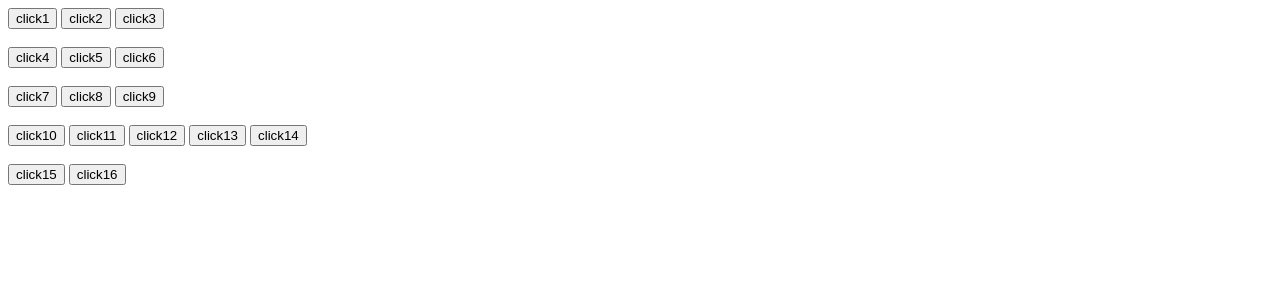
Repository: mirror-neuron/JsonStudy
Page: JsonApp01/WebContent/JsonTest10.html
An editor plug-in stored every save of this project. The page is shown before and after the next save, followed by the edit.
The browser window is 1280 px wide. The pictures show the whole page.

Above is the page before, as saved 2019-05-31 07:04:32.

### JsonApp01/WebContent/JsonTest10.html
<script type="text/javascript">

	/* 배열[]은 객체다 */
	var obj6 =
	[
		"test"
	]

	var obj6_1 =
	[
		"test1", "test2"
	]

	var obj6_2 =
	[
		"test1", "test2", 123, 123+1/* → 124(요소 자체가 숫자타입으로 취급됨) */
	]

	<!-- 자바스크립트 쪽에서 운영되는 데이터는 숫자형이든 문자형이든 시각적으로 똑같이 확인됨  -->

</script>

<form>

	<input type="button" value="click1" onclick="alert(obj6)"/>
	<!-- test -->
	<input type="button" value="click2" onclick="alert(obj6_1)"/>
	<!-- test1, test2 -->
	<input type="button" value="click3" onclick="alert(obj6_2)"/>
	<!-- test1, test2, 123, 124 -->
	<br><br>

	<input type="button" value="click4" onclick="alert(typeof obj6)"/>
	<!-- object -->
	<input type="button" value="click5" onclick="alert(typeof obj6_1)"/>
	<!-- object -->
	<input type="button" value="click6" onclick="alert(typeof obj6_2)"/>
	<!-- object -->

	<br><br>

	<input type="button" value="click7" onclick="alert(obj6[0])"/>
	<!-- test -->
	<input type="button" value="click8" onclick="alert(typeof obj6[0])"/>
	<!-- string -->
	<input type="button" value="click9" onclick="alert(typeof obj6[1])"/>
	<!-- undefined -->

	<br><br>

	<input type="button" value="click10" onclick="alert(obj6_1[0])" />
	<!-- test1 -->
	<input type="button" value="click11" onclick="alert(obj6_1[1])" />
	<!-- test2 -->
	<input type="button" value="click12" onclick="alert(typeof obj6_1[0])" />
	<!-- string -->
	<input type="button" value="click13" onclick="alert(typeof obj6_1[1])" />
	<!-- string -->
	<input type="button" value="click14" onclick="alert(obj6_1[0] + obj6_1[1])" />
	<!-- test1 test2 -->

	<br><br>
	<input type="button" value="click15" onclick="alert(obj6_2[1] )" />
	<!-- test2 -->
	<input type="button" value="click16" onclick="alert(obj6_2[2] )" />
	<!-- 123 -->


</form>

After the next save:
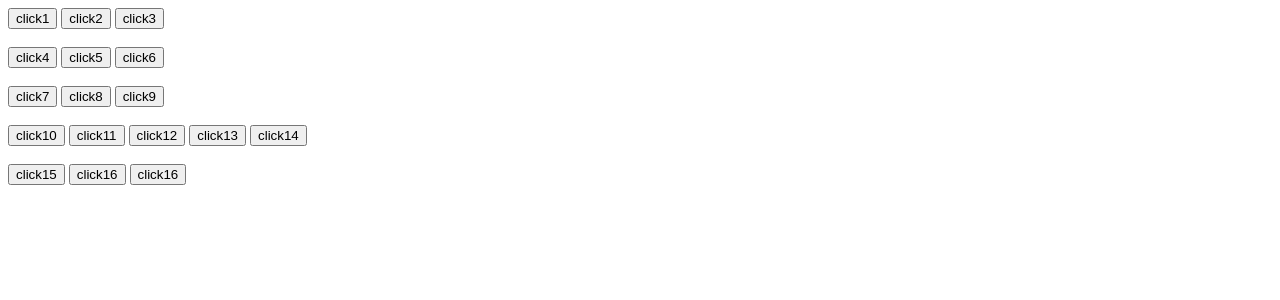
Saved 9 s later.
--- a/JsonApp01/WebContent/JsonTest10.html
+++ b/JsonApp01/WebContent/JsonTest10.html
@@ -64,6 +64,7 @@
 	<!-- test2 -->
 	<input type="button" value="click16" onclick="alert(obj6_2[2] )" />
 	<!-- 123 -->
-
+	<input type="button" value="click16" onclick="alert(typeof obj6_2[2] )" />
+	<!-- 123 -->
 
 </form>
